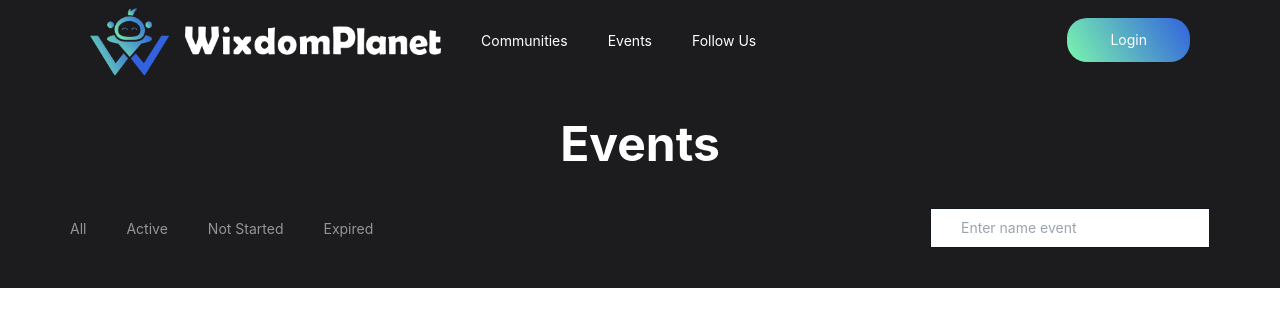
Repository: haudnn/WixdomPlanet-demo
Page: /
The author's editor kept a copy of each file at every save. The page is drawn from the files as they stood at one save, then again after the next save.
The browser window is 1280 px wide. The pictures show the whole page.
The project was rebuilt for these pictures with package versions that can differ from the ones it lists, and the page was loaded fresh each time. Also part of the build but not shown: vite.config.js, src/App.css.

Above is the page before, as saved 2023-02-03 10:27:27.

After the next save:
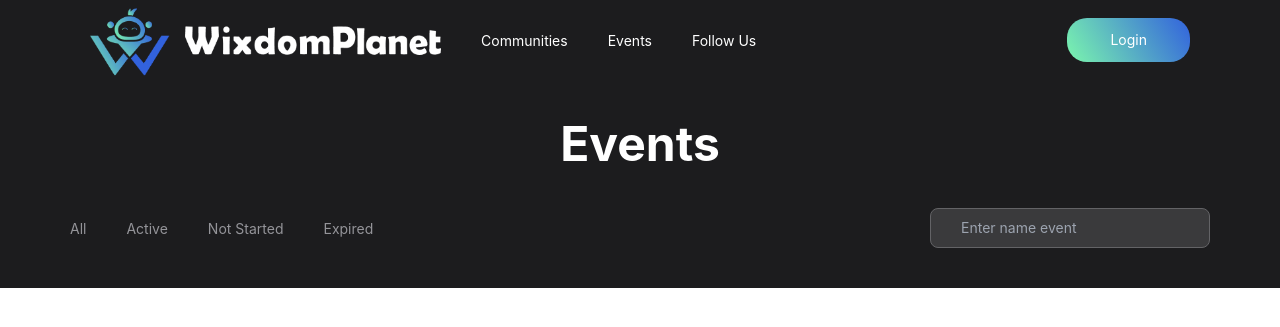
Saved 30 s later.
--- a/src/features/Home.jsx
+++ b/src/features/Home.jsx
@@ -22,7 +22,7 @@
                 </li>
             </ul>
             <div className='w-[280px]'>
-                <input type="text" placeholder='Enter name event' className='text-sm pl-[30px] pr-[15px] h-10 leading-10 border border-solid border-[#121820] inline-block w-full '/>
+                <input type="text" placeholder='Enter name event' className='text-sm pl-[30px] pr-[15px] h-10 leading-10 border border-solid border-[#636366] inline-block w-full bg-[#3a3a3c] rounded-lg  '/>
             </div>
         </div>
     </section>
